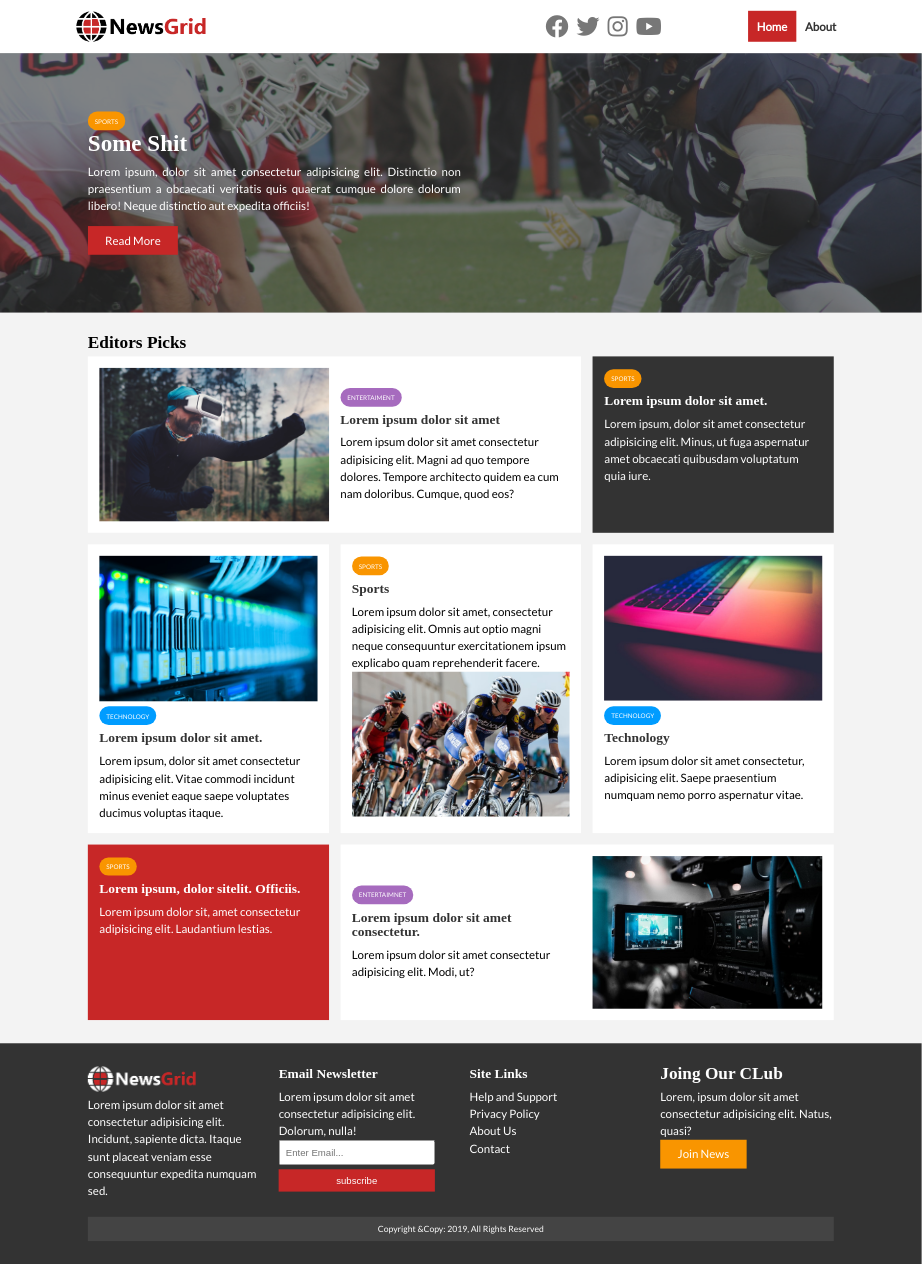
Repository: EswinGiova/NewsGrid
Page: index.html
These files come from the project's save history. The page is drawn as it stood at one moment and after the next save; the edit follows.
The browser window is 1280 px wide. The pictures show the whole page, at 72% of full size.
Some web libraries are served in a nearby version.

Above is the page before, as saved 2020-09-20 15:58:44.

### index.html
<!DOCTYPE html>
<html lang="en">
  <head>
    <meta charset="UTF-8" />
    <meta name="viewport" content="width=device-width, initial-scale=1.0" />
    <link rel="shortcut icon" type="image/x-icon" href="favicon.ico" />
    <link
      href="https://fonts.googleapis.com/css2?family=Lato&family=Staatliches&display=swap"
      rel="stylesheet"
    />
    <link rel="stylesheet" href="./css/style.css" />
    <link
      rel="stylesheet"
      media="screen and (max-width: 768px)"
      href="./css/mobile.css"
    />

    <link
      rel="stylesheet"
      href="https://cdnjs.cloudflare.com/ajax/libs/font-awesome/5.14.0/css/all.min.css"
      integrity="sha512-1PKOgIY59xJ8Co8+NE6FZ+LOAZKjy+KY8iq0G4B3CyeY6wYHN3yt9PW0XpSriVlkMXe40PTKnXrLnZ9+fkDaog=="
      crossorigin="anonymous"
    />

    <title>NewsGrid | Latest News</title>
  </head>
  <body>
    <nav id="main-nav">
      <div class="container">
        <img src="./image_resources/logo.png" alt="" class="logo" />
        <div class="social">
          <a href="#" target="_blank"><i class="fab fa-facebook fa-2x"></i></a>
          <a href="#" target="_blank"><i class="fab fa-twitter fa-2x"></i></a>
          <a href="#" target="_blank"><i class="fab fa-instagram fa-2x"></i></a>
          <a href="#" target="_blank"><i class="fab fa-youtube fa-2x"></i></a>
        </div>
        <ul>
          <li><a href="#" class="current">Home</a></li>
          <li><a href="#">About </a></li>
        </ul>
      </div>
    </nav>

    <header id="showcase">
      <div class="container">
        <div class="showcase-container">
          <div class="showcase-content">
            <div class="category category-sports">Sports</div>
            <h1>Some Shit</h1>
            <p>
              Lorem ipsum, dolor sit amet consectetur adipisicing elit.
              Distinctio non praesentium a obcaecati veritatis quis quaerat
              cumque dolore dolorum libero! Neque distinctio aut expedita
              officiis!
            </p>
            <a href="./article.html" class="btn btn-primary">Read More </a>
          </div>
        </div>
      </div>
    </header>
    <!-- Hombe articles -->

    <section id="home-articles" class="py-2">
      <div class="container">
        <h2>Editors Picks</h2>
        <div class="articles-container">
          <article class="card">
            <img src="./image_resources/articles/ent1.jpg" alt="" />
            <div>
              <div class="category category-ent">Entertaiment</div>
              <h3>
                <a href="./article.html">Lorem ipsum dolor sit amet</a>
              </h3>
              <p>
                Lorem ipsum dolor sit amet consectetur adipisicing elit. Magni
                ad quo tempore dolores. Tempore architecto quidem ea cum nam
                doloribus. Cumque, quod eos?
              </p>
            </div>
          </article>
          <article class="card bg-dark">
            <div class="category category-sports">Sports</div>
            <h3>
              <a href="./article.html">Lorem ipsum dolor sit amet.</a>
            </h3>
            <p>
              Lorem ipsum, dolor sit amet consectetur adipisicing elit. Minus,
              ut fuga aspernatur amet obcaecati quibusdam voluptatum quia iure.
            </p>
          </article>

          <article class="card">
            <img src="./image_resources/articles/tech1.jpg" alt="" />
            <div class="category category-tech">Technology</div>
            <h3><a href="./article.html">Lorem ipsum dolor sit amet.</a></h3>
            <p>
              Lorem ipsum, dolor sit amet consectetur adipisicing elit. Vitae
              commodi incidunt minus eveniet eaque saepe voluptates ducimus
              voluptas itaque.
            </p>
          </article>

          <article class="card">
            <div class="category category-sports">Sports</div>
            <h3>
              <a href="./article.html">Sports</a>
            </h3>
            <p>
              Lorem ipsum dolor sit amet, consectetur adipisicing elit. Omnis
              aut optio magni neque consequuntur exercitationem ipsum explicabo
              quam reprehenderit facere.
            </p>
            <img src="./image_resources/articles/sports1.jpg" alt="" />
          </article>

          <article class="card">
            <img src="./image_resources/articles/tech2.jpg" alt="" />
            <div class="category category-tech">Technology</div>
            <h3><a href="./article.html">Technology</a></h3>
            <p>
              Lorem ipsum dolor sit amet consectetur, adipisicing elit. Saepe
              praesentium numquam nemo porro aspernatur vitae.
            </p>
          </article>
          <article class="card bg-primary">
            <div class="category category-sports">Sports</div>
            <h3>
              <a href="./article.html">Lorem ipsum, dolor sitelit. Officiis.</a>
            </h3>
            <p>
              Lorem ipsum dolor sit, amet consectetur adipisicing elit.
              Laudantium lestias.
            </p>
          </article>

          <article class="card">
            <div>
              <div class="category category-ent">Entertaimnet</div>
              <h3>
                <a href="./article.html"
                  >Lorem ipsum dolor sit amet consectetur.</a
                >
              </h3>
              <p>
                Lorem ipsum dolor sit amet consectetur adipisicing elit. Modi,
                ut?
              </p>
            </div>
            <img src="./image_resources/articles/ent2.jpg" alt="" />
          </article>
        </div>
      </div>
    </section>
    <footer id="main-footer" class="py-2">
      <div class="container footer-container">
        <div>
          <img src="./image_resources/logo_light.png" alt="news" />
          <p>
            Lorem ipsum dolor sit amet consectetur adipisicing elit. Incidunt,
            sapiente dicta. Itaque sunt placeat veniam esse consequuntur
            expedita numquam sed.
          </p>
        </div>
        <div>
          <h3>Email Newsletter</h3>
          <p>
            Lorem ipsum dolor sit amet consectetur adipisicing elit. Dolorum,
            nulla!
          </p>
          <form>
            <input type="email" placeholder="Enter Email..." />
            <input type="submit" value="subscribe" class="btn btn-primary" />
          </form>
        </div>
        <div>
          <h3>Site Links</h3>
          <ul class="list">
            <li><a href="#">Help and Support</a></li>
            <li><a href="#">Privacy Policy</a></li>
            <li><a href="#">About Us</a></li>
            <li><a href="#">Contact</a></li>
          </ul>
        </div>
        <div>
          <h2>Joing Our CLub</h2>
          <p>
            Lorem, ipsum dolor sit amet consectetur adipisicing elit. Natus,
            quasi?
          </p>
          <a href="#" class="btn btn-secondary">Join News</a>
        </div>
        <div>
          <p>Copyright &Copy: 2019, All Rights Reserved</p>
        </div>
      </div>
    </footer>
  </body>
</html>

### css/style.css
:root {
  --primary-color: #c72727;
  --secondary-color: #f99500;
  --light-color: #f3f3f3;
  --dark-color: #333;
  --max-width: 1100px;
}

.category {
  --sports-color: #f99500;
  --ent-color: #a66bbe;
  --tech-color: #009cff;
}
* {
  margin: 0;
  padding: 0;
  box-sizing: border-box;
}
body {
  font-family: 'Lato', sans-serif;
  line-height: 1.5;
  background: var(--light-color);
}

a {
  color: var(--dark-color);
  text-decoration: none;
}

ul {
  list-style: none;
}

img {
  width: 100%;
}

h1,
h2,
h3,
h4,
h5,
h6 {
  font-family: 'Staaliches', cursive;
  margin-bottom: 0.55rem;
  line-height: 1.3rem;
}

/*  utility class */

.container {
  max-width: var(--max-width);
  margin: auto;
  padding: 0 2rem;
  overflow: hidden;
}

/* category */

.category {
  display: inline-block;
  color: #fff;
  font-size: 0.55rem;
  text-transform: uppercase;
  padding: 0.4rem 0.6rem;
  border-radius: 15px;
  margin-bottom: 0.5rem;
}

.category-sports {
  background: var(--sports-color);
}
.category-ent {
  background: var(--ent-color);
}
.category-tech {
  background: var(--tech-color);
}

/* btn */

.btn {
  display: inline-block;
  border: none;
  background: var(--dark-color);
  color: #fff;
  padding: 0.5rem 1.5rem;
}

.btn-light {
  background: var(--light-color);
}
.btn-primary {
  background: var(--primary-color);
}
.btn-secondary {
  background: var(--secondary-color);
}
.btn:hover {
  opacity: 0.8;
}

.btn-block {
  display: block;
  width: 100%;
  text-align: center;
}

/* cards */

.card {
  background: white;
  padding: 1rem;
}

.bg-dark {
  background: var(--dark-color);
  color: white;
}
.bg-primary {
  background: var(--primary-color);
  color: white;
}
.bg-secondary {
  background: var(--secondary-color);
  color: #fff;
}
.py-1 {
  padding: 1.5rem 0;
}
.py-2 {
  padding: 2rem 0;
}
.py-3 {
  padding: 3rem 0;
}
.p-1 {
  padding: 1.5rem;
}
.p-2 {
  padding: 2rem;
}
.p-3 {
  padding: 3rem;
}

.bg-dark h1,
.bg-dark h2,
.bg-dark h3,
.bg-dark a,
.bg-primary h1,
.bg-primary h2,
.bg-primary h3,
.bg-primary a,
.bg-secondary h1,
.bg-secondary h2,
.bg-secondary h3,
.bg-secondary a {
  color: #fff;
}

/* Navigation */
#main-nav {
  background: #fff;
  position: sticky;
  top: 0;
  z-index: 2;
}

#main-nav .container {
  display: grid;
  grid-template-columns: 6fr 3fr 2fr;
  padding: 1rem;
  align-items: center;
}

#main-nav .logo {
  width: 180px;
}

#main-nav ul {
  display: flex;
  justify-self: end;
}

#main-nav ul li a {
  padding: 0.77rem;
  font-weight: bold;
}

#main-nav ul li .current {
  background: var(--primary-color);
  color: white;
}

#main-nav ul li .current:hover {
  background: var(--light-color);
  color: var(--dark-color);
}
#main-nav .social {
  justify-self: center;
}

#main-nav .social i {
  color: #777;
  margin-left: 0.5rem;
}

/* showcase */
#showcase {
  background: #333;
  color: #fff;
  position: relative;
}

#showcase:before {
  content: '';
  background: url('../image_resources/featured.jpg') center center/cover;
  position: absolute;
  top: 0;
  left: 0;
  width: 100%;
  height: 100%;
  opacity: 0.4;
}
#showcase .showcase-container {
  height: 50vh;
  display: grid;
  grid-template-columns: repeat(2, 1fr);
  justify-content: center;
  align-content: center;
}
#showcase .showcase-container .showcase-content {
  z-index: 2;
  text-align: justify;
}
#showcase .showcase-container .showcase-content p {
  margin: 1rem 0;
}
/* Home Articles  */

#home-articles .articles-container {
  display: grid;
  grid-template-columns: repeat(3, 1fr);
  grid-gap: 1rem;
}

#home-articles .articles-container > *:first-child,
#home-articles .articles-container > *:last-child {
  display: grid;
  grid-template-columns: repeat(2, 1fr);
  grid-column: 1 / span 2;
  grid-gap: 1rem;
  align-items: center;
}
#home-articles .articles-container > *:last-child {
  grid-column: 2 / span 2;
}

/* footer */
#main-footer {
  background: var(--dark-color);
  color: #fff;
}

#main-footer img {
  width: 150px;
}

#main-footer a {
  color: #fff;
}

#main-footer .footer-container {
  display: grid;
  grid-template-columns: repeat(4, 1fr);
  grid-gap: 1.5rem;
}

#main-footer .footer-container > *:last-child {
  grid-column: 1 / span 4;
  text-align: center;
  background: #444;

  font-size: 0.75rem;
  padding: 0.5rem;
}

#main-footer .footer-container input[type='email'] {
  width: 90%;
  padding: 0.5rem;
  margin-bottom: 0.4rem;
}

#main-footer .footer-container input[type='submit'] {
  width: 90%;
}

Loaded but not shown: css/mobile.css (no copy from this time; the picture is the same without it)

After the next save:
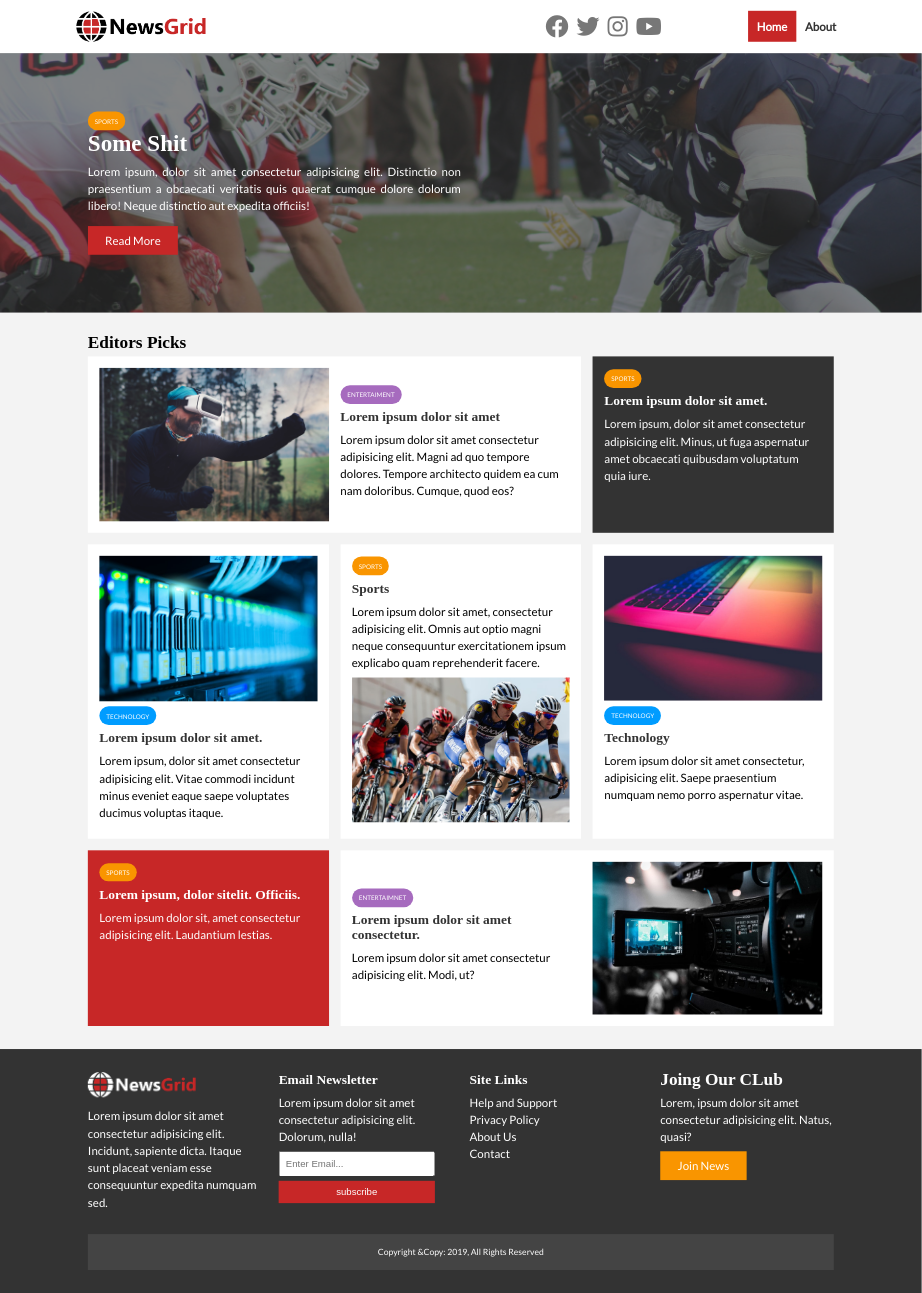
Saved 41 s later.
--- a/css/style.css
+++ b/css/style.css
@@ -29,6 +29,9 @@ a {
 
 ul {
   list-style: none;
+}
+p {
+  margin: 0.5rem 0;
 }
 
 img {
